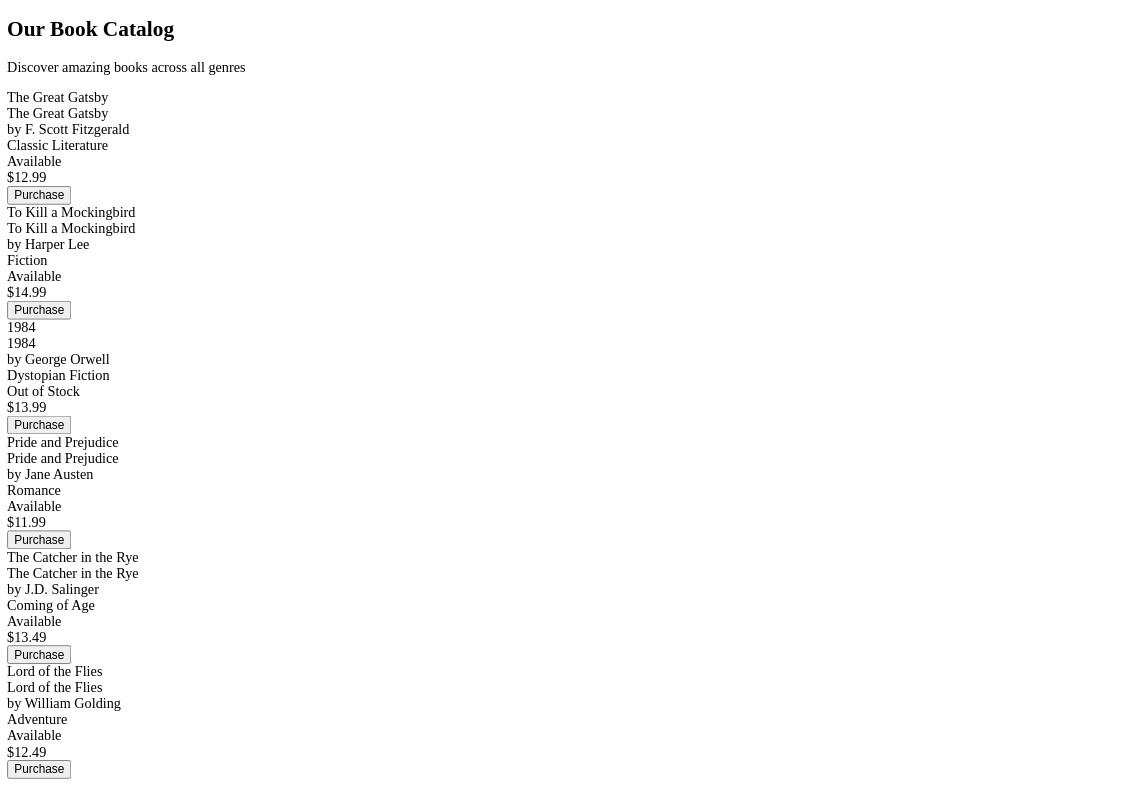
Repository: Ibrahim-Abohola/BookStore
Page: catalog.html
An editor plug-in stored every save of this project. The page is shown before and after a run of saves, followed by the edit.
The browser window is 1280 px wide. The pictures show the whole page, at 89% of full size.

Above is the page before, as saved 2025-07-15 19:50:03.

After the next 2 saves:
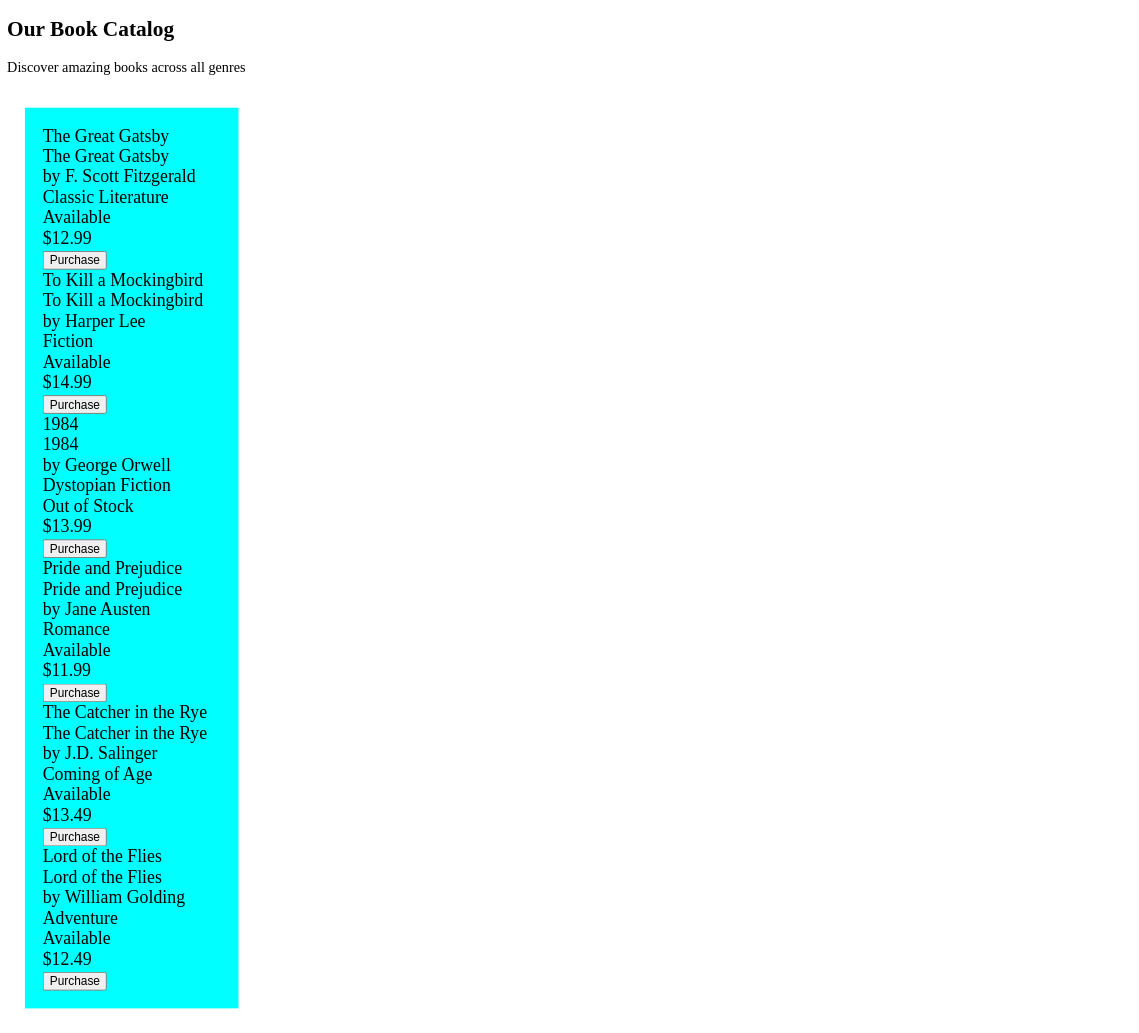
The 2 saves are shown as one change because they came seconds apart.
The last was saved 56 s later.
--- a/styles.css
+++ b/styles.css
@@ -1,8 +1,8 @@
-#container {
+.container {
     display: flex;
     flex-wrap: wrap;
 }
-#container > div {
+.container > div {
     background-color: aqua;
     font-size: 20px;
     margin: 20px;

After the save that followed:
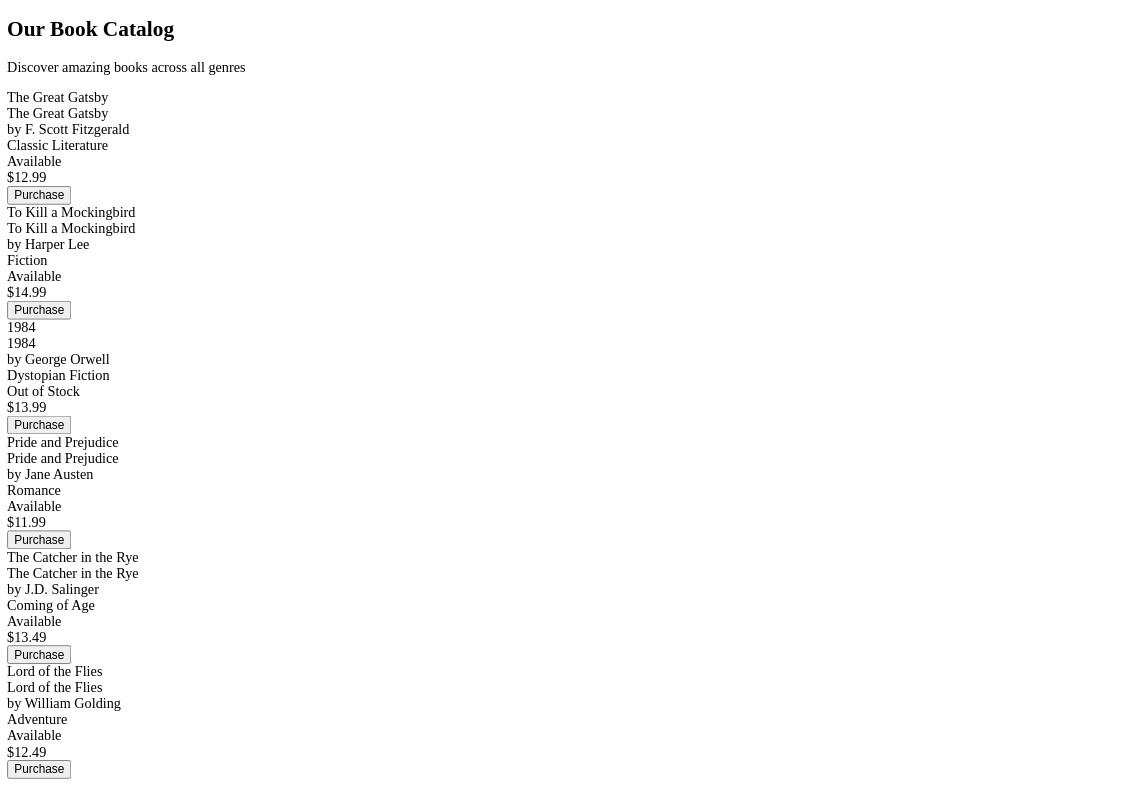
Saved 19 s later.
--- a/styles.css
+++ b/styles.css
@@ -2,7 +2,7 @@
     display: flex;
     flex-wrap: wrap;
 }
-.container > div {
+. container > div {
     background-color: aqua;
     font-size: 20px;
     margin: 20px;
